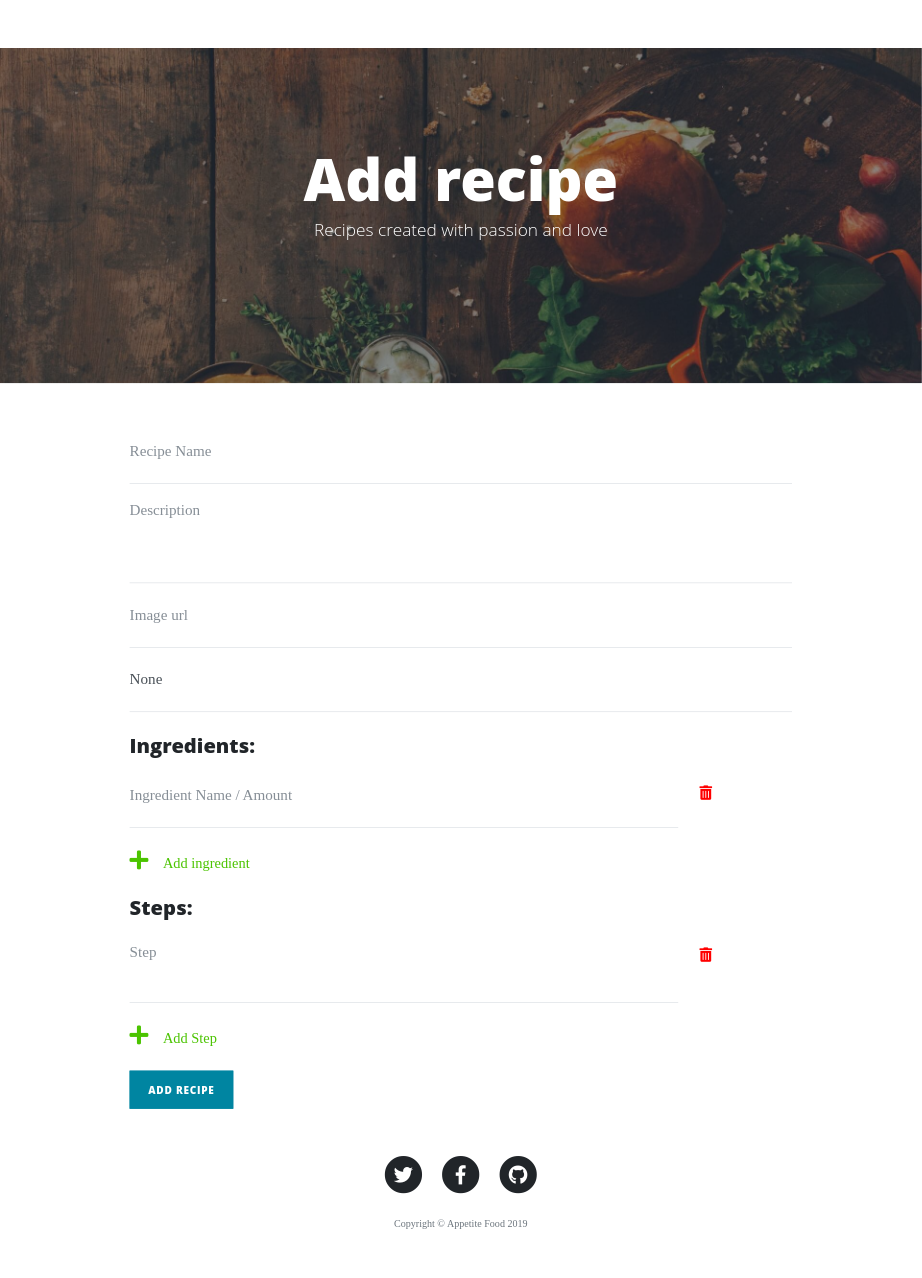
Repository: LukaszPlawinski/appetite-food
Page: http://localhost/add_recipe
The author's editor kept a record of every edit. The page is drawn from the files as they stood at one moment, then again after the next edit.
The browser window is 1280 px wide. The pictures show the whole page, at 72% of full size.
The page is served by the project's application, run on Flask 3 (run.py). Queries for data that is not in the repository find no rows.

Above is the page before.

After the next edit:
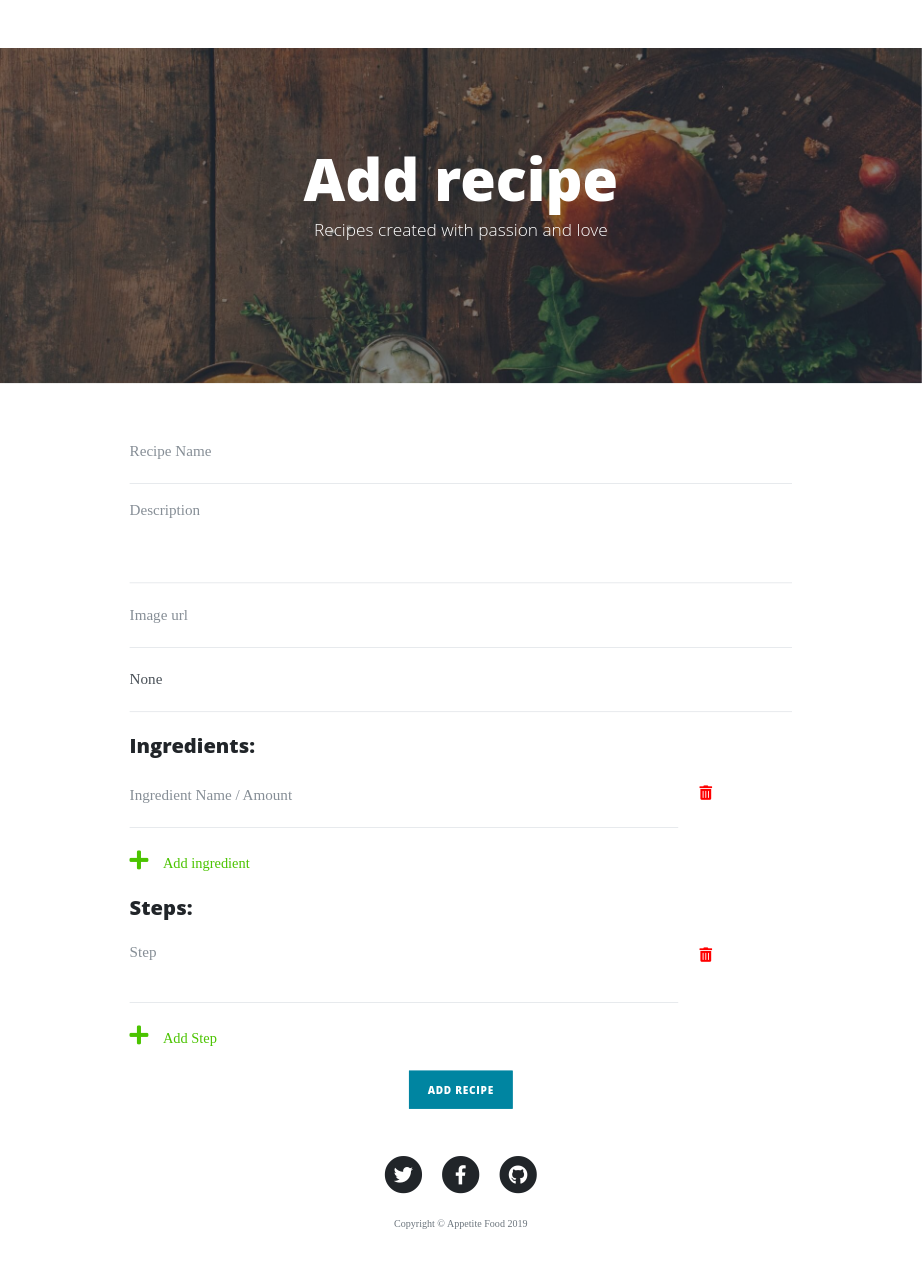
The edit:
--- a/templates/add_recipe.html
+++ b/templates/add_recipe.html
@@ -108,7 +108,7 @@
                         </div>
                 </div>
                 <br>
-                <div class="form-group">
+                <div class="form-group text-center">
                     <button type="submit" class="btn btn-primary" >Add Recipe</button>
                 </div>
         </form>
